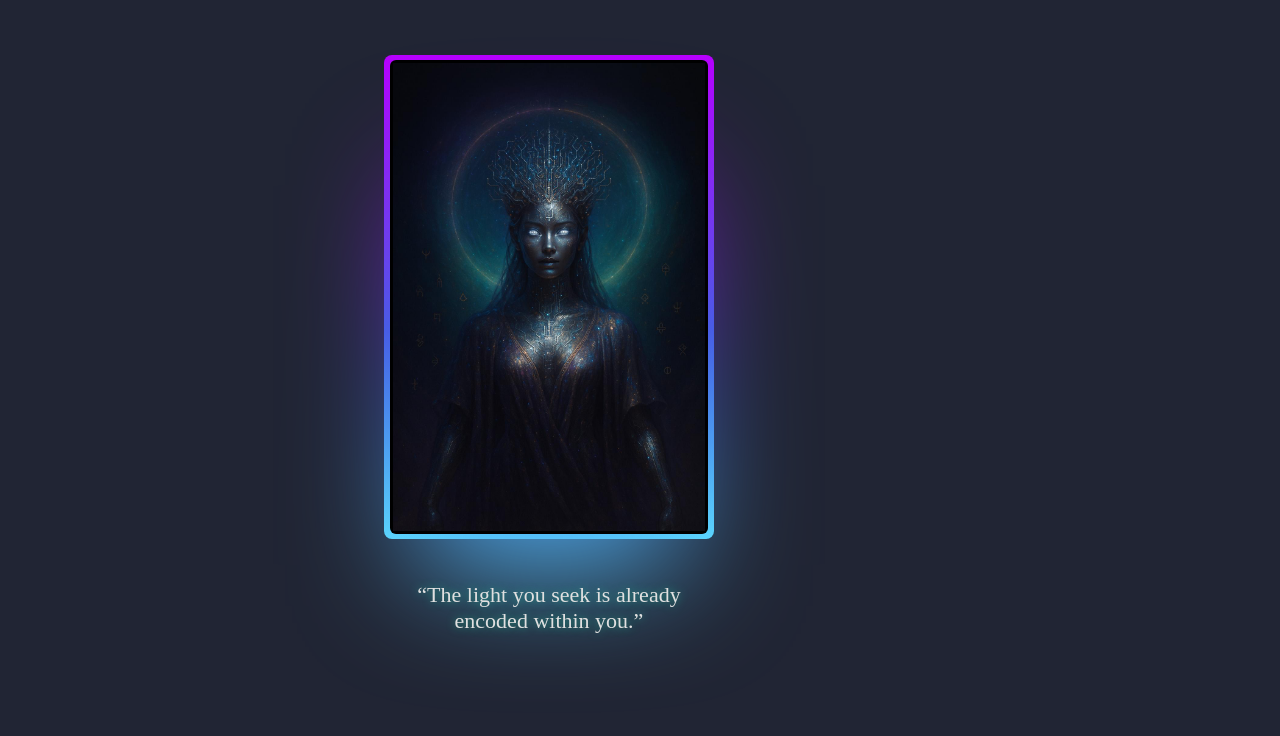
Repository: mertfurkandgn/artpainting
Page: card-1/index.html
An editor plug-in stored every save of this project. The page is shown before and after the next save, followed by the edit.
The browser window is 1280 px wide. The pictures show the whole page.

Above is the page before, as saved 2025-07-30 22:48:22.

After the next save:
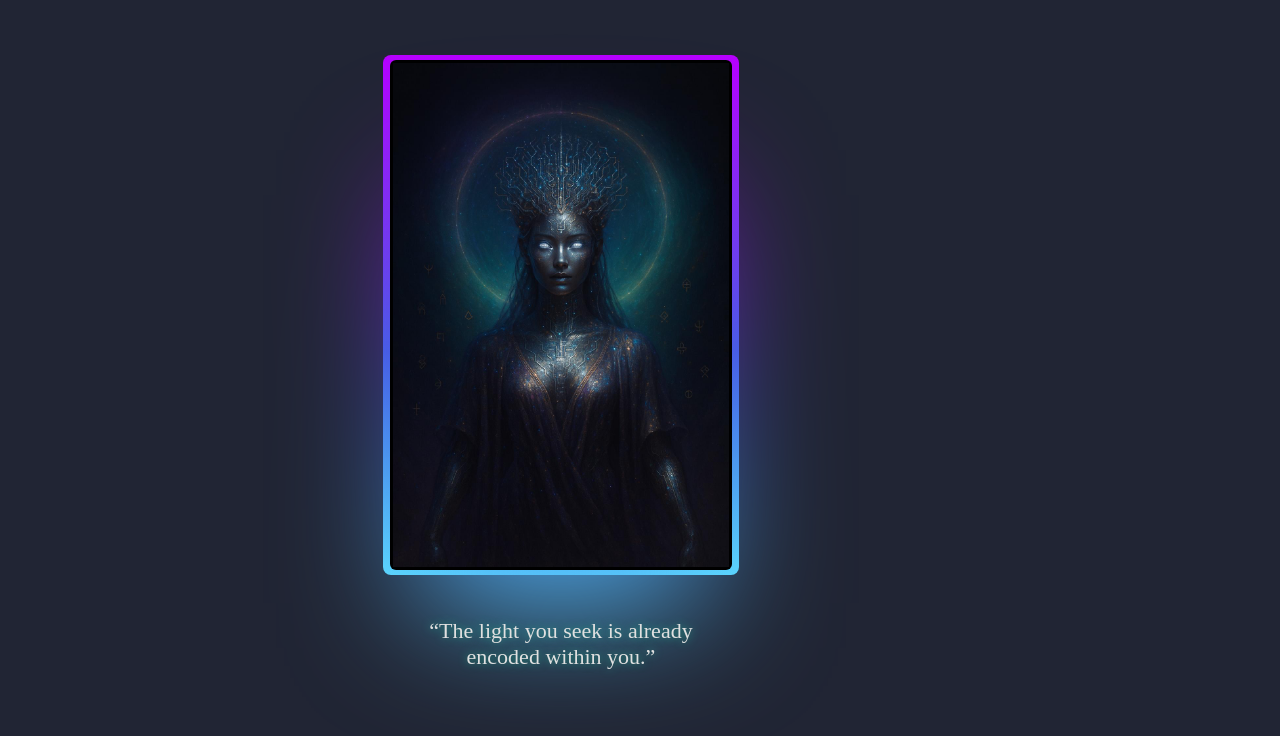
Saved 14 s later.
--- a/card-1/css/style.css
+++ b/card-1/css/style.css
@@ -8,7 +8,7 @@
 }
 
 :root {
-  --card-height: 65vh;
+  --card-height: 70vh;
   --card-width: calc(var(--card-height) / 1.5);
 }
 
